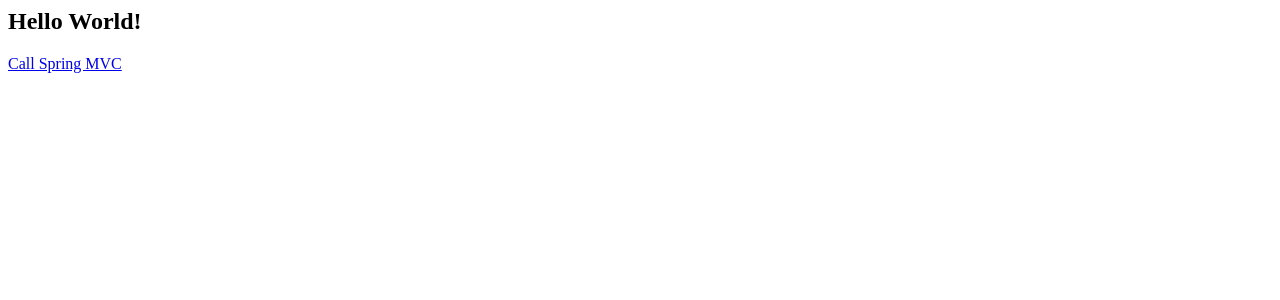
Repository: nirbit005/secundarabadspringtraining
Page: http://localhost/SpringMVC/
The author's editor kept a copy of each file at every save. The page is drawn from the files as they stood at one save, then again after the next save.
The browser window is 1280 px wide. The pictures show the whole page.
The page is served by Tomcat 9. Other server files are loaded and not shown.

Above is the page before, as saved 2019-08-28 10:10:57.

### Workspace/SpringMVC/src/main/webapp/index.jsp
<html>
<body>
<h2>Hello World!</h2>
<a href="demo.spring">Call Spring MVC</a>
</body>
</html>

After the next save:
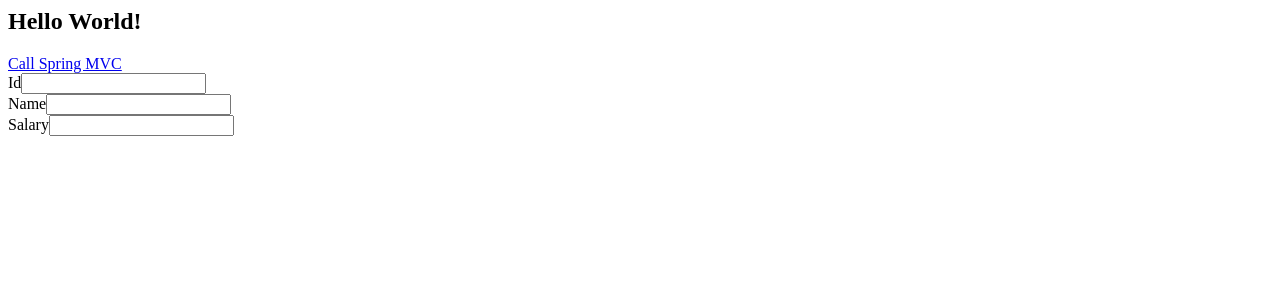
Saved 88 s later.
--- a/Workspace/SpringMVC/src/main/webapp/index.jsp
+++ b/Workspace/SpringMVC/src/main/webapp/index.jsp
@@ -2,5 +2,11 @@
 <body>
 <h2>Hello World!</h2>
 <a href="demo.spring">Call Spring MVC</a>
+<br/>
+<form action="store.spring">
+<label>Id</label><input type="text" name="id"><br/>
+<label>Name</label><input type="text" name="name"><br/>
+<label>Salary</label><input type="text" name="salary"><br/>
+</form>
 </body>
 </html>
